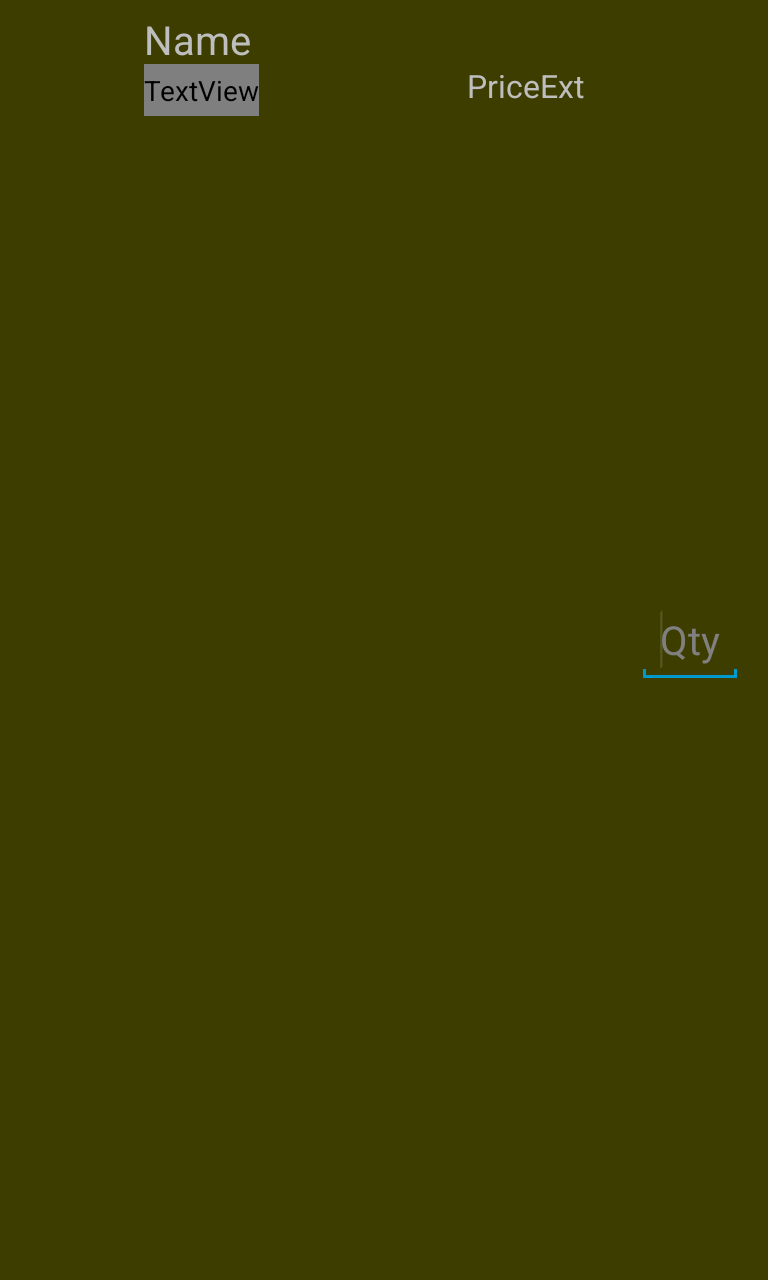
Repository: Adammdit/DT2283GUI
Layout: GunSmoke/res/layout/listrow_details.xml
These files come from the project's save history. The layout is drawn as it stood at one moment and after the next save; the edit follows.
Pictures or frames that could not be fetched are drawn as grey boxes. It is drawn on a 768 x 1280 px phone screen (xhdpi) without system bars, with theme android:Theme.Holo; the app's code is not run.

Above is the layout before, as saved 2014-11-07 18:33:13.

### GunSmoke/res/layout/listrow_details.xml
<?xml version="1.0" encoding="utf-8"?>
<RelativeLayout xmlns:android="http://schemas.android.com/apk/res/android"
    android:layout_width="fill_parent"
    android:layout_height="wrap_content"
    android:orientation="vertical"
    android:background="#3D3D00"
    android:padding="6dip" >

    <ImageView
        android:id="@+id/weaponeImage"
        android:layout_width="60dip"
        android:layout_height="60dip"
        android:layout_alignParentLeft="true"
        android:layout_alignParentTop="true"
        android:layout_marginRight="6dip" />

    <TextView
        android:id="@+id/weaponeName"
        android:layout_width="wrap_content"
        android:layout_height="26dip"
        android:layout_toRightOf="@+id/weaponeImage"
     	android:textSize="20sp"
        android:text="Name" />

    <TextView
        android:id="@+id/weaponPrice"
        android:layout_width="wrap_content"
        android:layout_height="26dp"
        android:layout_below="@+id/weaponeName"
        android:layout_toRightOf="@+id/weaponeImage"
		android:textSize="16sp"
		android:textColor="@colors/price"
		android:text="Price" />

    <TextView
        android:id="@+id/weaponExt"
        android:layout_width="wrap_content"
        android:layout_height="26dp"
        android:layout_below="@+id/weaponeName"
        android:layout_toLeftOf="@+id/qty"
        android:layout_marginRight="26dip"
        android:textSize="16sp"
        android:text="PriceExt" />


    <EditText
        android:id="@+id/qty"
        android:layout_width="wrap_content"
        android:layout_height="45dip"
        android:layout_alignParentRight="true"
        android:layout_centerVertical="true"
        android:layout_marginRight="6dip"
        android:textSize="20sp"
        android:hint="Qty"
        android:inputType="number" >
        <requestFocus />
    </EditText>
</RelativeLayout>

### GunSmoke/res/values/colors.xml
<?xml version="1.0" encoding="utf-8"?>
<resources>
	<color name="khaki">#663300</color>
	<color name="price">#990000</color>
</resources>

After the next save:
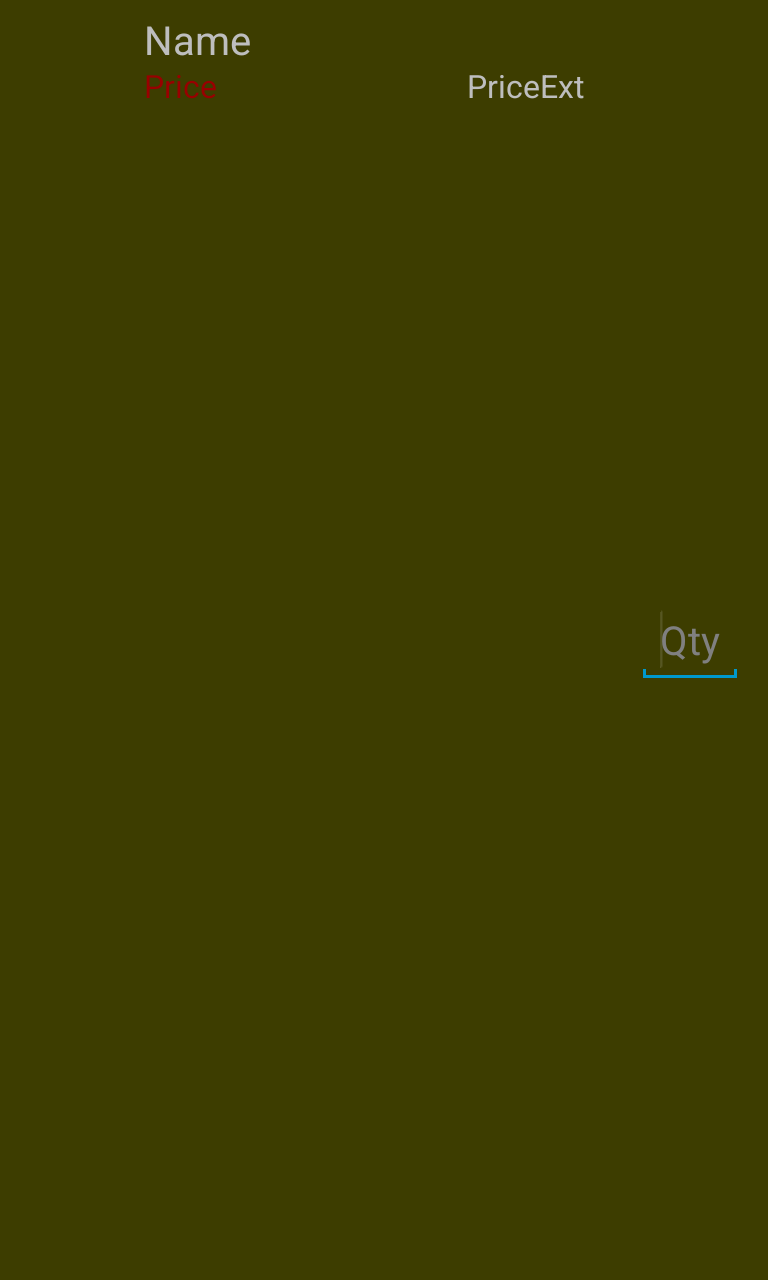
Saved 62 s later.
--- a/GunSmoke/res/layout/listrow_details.xml
+++ b/GunSmoke/res/layout/listrow_details.xml
@@ -29,7 +29,7 @@
         android:layout_below="@+id/weaponeName"
         android:layout_toRightOf="@+id/weaponeImage"
 		android:textSize="16sp"
-		android:textColor="@colors/price"
+		android:textColor="@color/price"
 		android:text="Price" />
 
     <TextView
